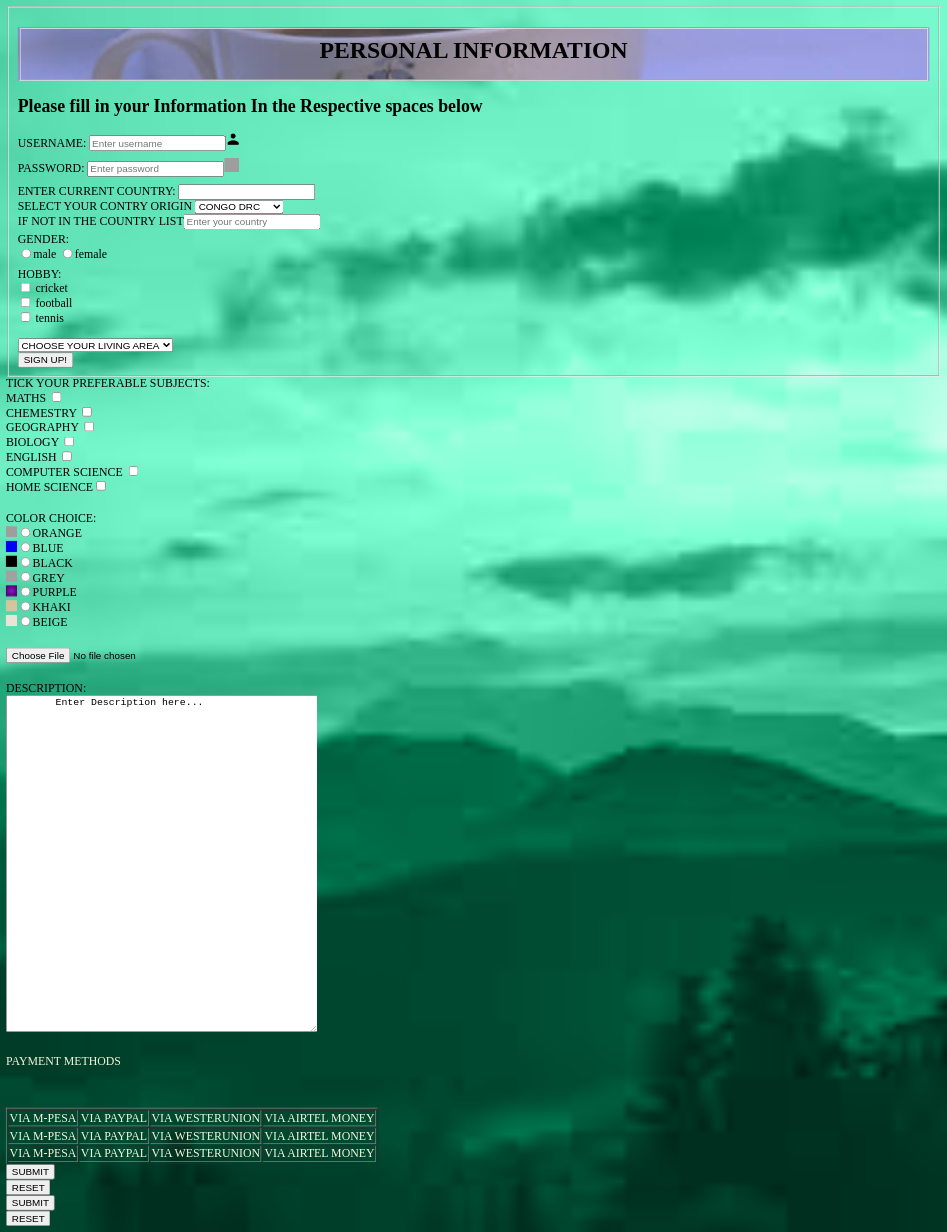
Repository: mirambialex/myform
Page: website/INDEX.HTML
The author's editor kept a copy of each file at every save. The page is drawn from the files as they stood at one save, then again after a run of saves.
The browser window is 1280 px wide. The pictures show the whole page, at 74% of full size.
Pictures or frames that could not be fetched are drawn as grey boxes.

Above is the page before, as saved 2024-04-18 11:22:28.

After the next 2 saves:
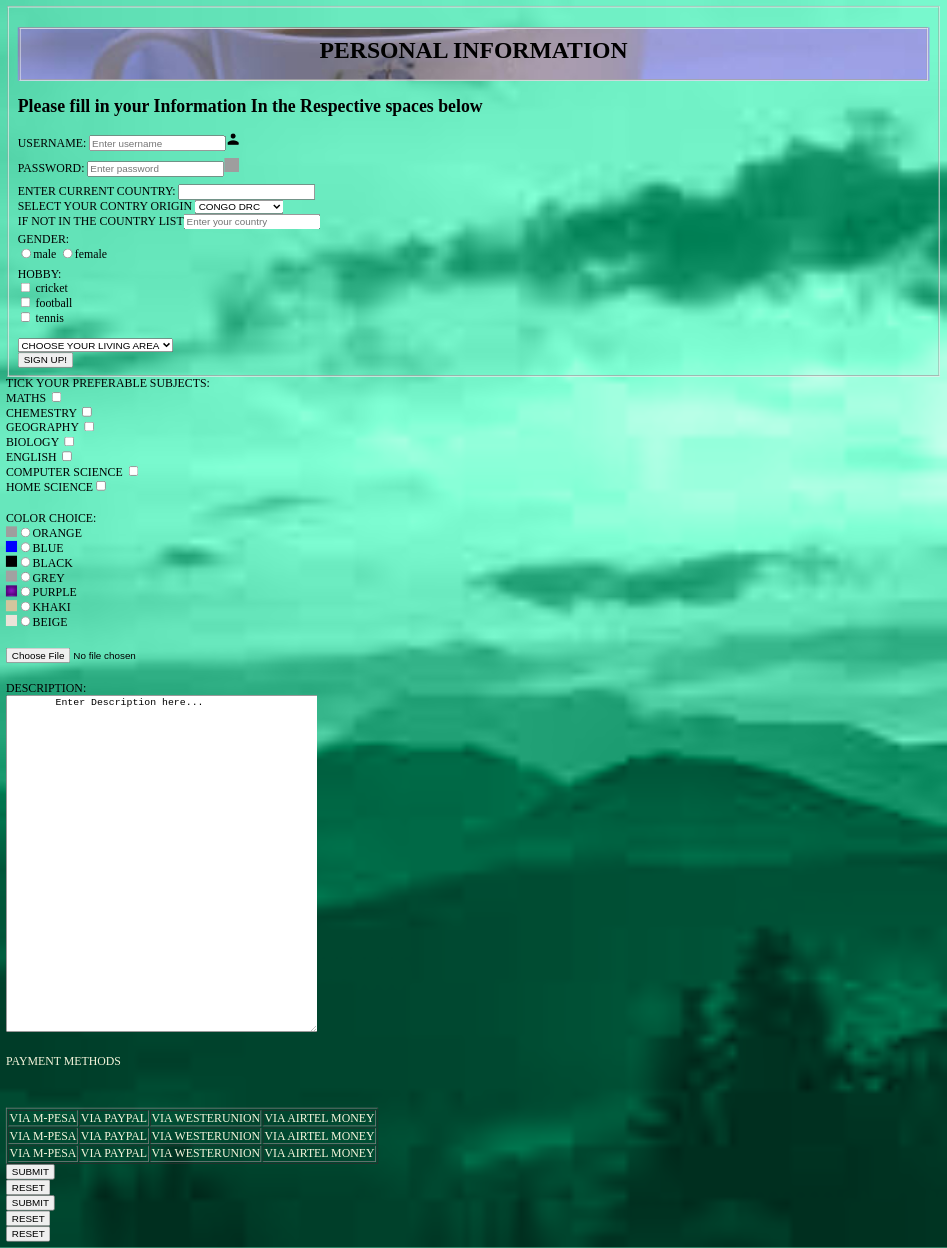
The 2 saves are shown as one change because they came seconds apart.
The last was saved 119 s later.
--- a/website/INDEX.HTML
+++ b/website/INDEX.HTML
@@ -126,6 +126,8 @@ HOBBY:<br>
 <FOrm>
 <INPut type="submit" name="submit" value="SUBMIT"></INPut><BR/>
 <INPut type="RESET" name="RESET" value="RESET"></INPut><BR/>
+<INPut type="RESET" name="RESET" value="RESET"></INPut><BR/>
+
 </FOrm>
  </body>
 </html>
